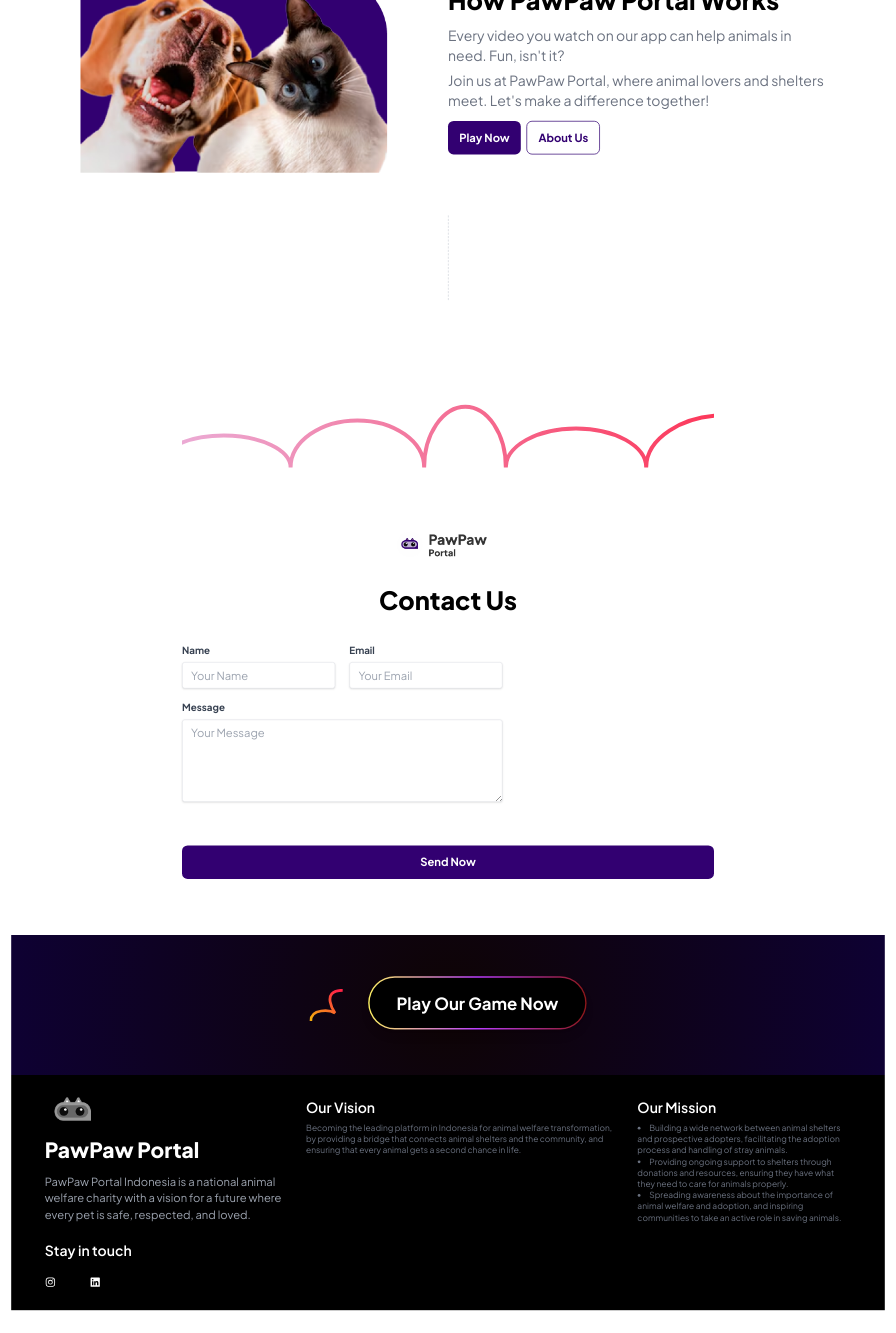
Repository: paskasiregar/pawpawwebsite
Page: /
The author's editor kept a copy of each file at every save. The page is drawn from the files as they stood at one save, then again after the next save.
The browser window is 1280 px wide. The pictures show the part of the page from y = 1314 to 3234 px (the page is 3218 px tall before and 3234 px after), at 70% of full size.
The project was rebuilt for these pictures with package versions that can differ from the ones it lists, and the page was loaded fresh each time. The framework's server and built-in components were replaced by stand-ins that run in the browser. Also part of the build but not shown: next.config.js, next.config.mjs.

Above is the page before, as saved 2024-07-31 14:29:54.

### src/app/layout.js
import { Inter } from "next/font/google";
import "./globals.css";

const inter = Inter({ subsets: ["latin"] });

export const metadata = {
  title: "PawPaw Portal | Your One-Stop Shelter",
  description: "Your One-Stop Shelter",
};

export default function RootLayout({ children }) {
  return (
    <html lang="en">
      <body className={inter.className}>{children}</body>
    </html>
  );
}

### src/app/globals.css
@import url("https://fonts.googleapis.com/css2?family=Plus+Jakarta+Sans:wght@400;600;700;800&display=swap");

@tailwind base;
@tailwind components;
@tailwind utilities;

body {
  font-family: "Plus Jakarta Sans", sans-serif;
}

.hero-bg {
  display: flex;
  background: radial-gradient(
    circle,
    rgb(204, 188, 230) 10%,
    rgb(255, 255, 255) 50%
  );
}

.cta-container {
  display: flex;
  justify-content: center;
  align-items: center;
  position: relative;
  background: radial-gradient(circle, rgb(14, 4, 4) 0%, rgb(14, 1, 51) 100%);
  padding: 20px;
  gap: 20px;
  min-height: 200px;
}

.cta-button {
  display: inline-block;
  padding: 20px 40px;
  font-size: 24px;
  font-weight: bold;
  color: white;
  background: black;
  border-radius: 40px;
  position: relative;
  z-index: 1;
  overflow: hidden;
  transition: all 0.3s ease;
  text-align: center;
}

.cta-button::before {
  content: "";
  position: absolute;
  top: -2px;
  left: -2px;
  right: -2px;
  bottom: -2px;
  background: linear-gradient(
    90deg,
    rgb(255, 244, 97) 0%,
    rgb(187, 61, 255) 50%,
    rgb(142, 23, 23) 100%
  );
  z-index: -1;
  border-radius: inherit;
}

.cta-button::after {
  content: "";
  position: absolute;
  top: 2px;
  left: 2px;
  right: 2px;
  bottom: 2px;
  background: black;
  z-index: -1;
  border-radius: inherit;
}

.cta-button:hover {
  color: rgb(237, 246, 133);
  background: white;
}

.footer-bg {
  background: radial-gradient(circle, rgb(14, 4, 4) 0%, rgb(14, 1, 51) 100%);
  color: white;
  text-align: center;
  padding: 20px;
}

.centeredcontainer {
  width: 100vw;
  height: auto;
}

.main-container {
  width: 100%;
  max-width: 1200px;
  margin: 0 auto;
  padding: 0 20px;
}
.header-content {
  display: flex;
  flex-direction: row;
  align-items: center;
  justify-content: space-between;
}

.header-logo-button {
  display: flex;
  flex-direction: row;
  align-items: center;
  gap: 16px; /* Adjust spacing as needed */
}

html {
  scroll-behavior: smooth;
}

### src/components/contact.jsx
import React from "react";
import PrimaryButton from "@/components/primaryButton";
import NameInput from "./nameInput";
import EmailInput from "./emailInput";
import MessageInput from "./mesageInput";
import Image from "next/image";
import logoHeaderImage from "../assets/banner-10.png";

export const Contact = () => {
  return (
    <div className="font-plus-jakarta flex flex-col items-center justify-center py-16 px-4 md:px-[200px] gap-[40px] text-29xl">
      <div className="flex justify-start items-start">
        <svg
          width="w-auto"
          height="188"
          viewBox="0 0 1620 188"
          fill="none"
          xmlns="http://www.w3.org/2000/svg"
        >
          <path
            d="M1891 188C1891 100.375 1784.67 29.342 1653.5 29.342C1522.34 29.342 1413.53 100.375 1413.53 188C1413.53 122.37 1317.84 69.158 1199.78 69.158C1081.72 69.158 986.029 122.362 986.029 188C986.029 85.8274 930.825 3 862.735 3C794.645 3 737.369 85.8274 737.369 188C737.369 108.853 646.33 44.6865 534.029 44.6865C421.728 44.6865 330.689 108.853 330.689 188C330.689 134.381 239.649 90.9105 127.349 90.9105C15.0481 90.9105 -76 134.381 -76 188"
            stroke="url(#paint0_linear_545_35799)"
            stroke-width="12"
            stroke-miterlimit="10"
            stroke-linejoin="bevel"
          />
          <defs>
            <linearGradient
              id="paint0_linear_545_35799"
              x1="-84.5283"
              y1="91.1699"
              x2="1899.52"
              y2="91.1699"
              gradientUnits="userSpaceOnUse"
            >
              <stop offset="0.0224" stop-color="#EBADD7" />
              <stop offset="1" stop-color="#FF2445" />
            </linearGradient>
          </defs>
        </svg>
      </div>
      <Image
        className="w-36 h-10 object-cover"
        alt="Logo"
        src={logoHeaderImage}
        width={120}
        height={20}
      />
      <div className="flex justify-center text-4xl font-extrabold space-y-4">
        Contact Us
      </div>
      <div className="w-full flex flex-col items-start gap-[16px] text-base text-light-l800 font-regular-reg-2">
        <form action="https://submit-form.com/E0a8H8KS4">
          <div className="w-full flex flex-col md:flex-row gap-[20px]">
            <div className="w-full md:w-1/2">
              <NameInput className="w-full" />
            </div>
            <div className="w-full md:w-1/2">
              <EmailInput className="w-full" />
            </div>
          </div>
          <div className="w-full">
            <MessageInput className="w-full" />
          </div>
        </form>
      </div>
      <PrimaryButton>Send Now</PrimaryButton>
    </div>
  );
};

export default Contact;

### src/components/divider.jsx
export const Divider = () => {
  return (
    <div className="self-stretch h-[195px] flex flex-row items-center justify-center py-16 px-[130px] box-border">
      <div className="w-px relative box-border h-[121px] border-r-[1px] border-dashed border-gray-300" />
    </div>
  );
};

### src/components/footer.jsx
import Link from "next/link";
import React from "react";
import Image from "next/image";
import logoFooterImage from "../assets/inverse.png";

export const Footer = () => {
  return (
    <div className="font-plus-jakarta w-full flex bg-black">
      <div className="font-plus-jakarta w-full flex flex-col items-center bg-black py-8 px-4">
        <div className="max-w-6xl w-full mx-auto space-y-6">
          {/* Footer Header */}
          <div className="flex flex-col md:flex-row items-center md:items-start md:justify-between mb-6">
            <div className="space-y-4">
              <Image
                className="w-20 h-10 object-cover"
                alt="Logo"
                src={logoFooterImage}
                width={80}
                height={80}
              />
              <div className="space-y-4">
                <div className="text-white text-3xl font-extrabold">
                  PawPaw Portal
                </div>
                <p className="text-med text-gray-400">
                  PawPaw Portal Indonesia is a national animal welfare charity
                  with a vision for a future where every pet is safe, respected,
                  and loved.
                </p>
              </div>
            </div>

            {/* Vision and Mission */}
            <div className="flex flex-col md:flex-row mt-4 md:mt-0 space-y-4 md:space-y-0 md:space-x-8">
              <div className="space-y-2">
                <div className="font-semibold text-xl text-white">
                  Our Vision
                </div>
                <div className="text-xs text-gray-500">
                  Becoming the leading platform in Indonesia for animal welfare
                  transformation, by providing a bridge that connects animal
                  shelters and the community, and ensuring that every animal
                  gets a second chance in life.
                </div>
              </div>
              <div className="space-y-2">
                <div className="font-semibold text-xl text-white">
                  Our Mission
                </div>
                <div className="text-xs text-gray-500">
                  <ol className="list-inside list-disc">
                    <li>
                      Building a wide network between animal shelters and
                      prospective adopters, facilitating the adoption process
                      and handling of stray animals.
                    </li>
                    <li>
                      Providing ongoing support to shelters through donations
                      and resources, ensuring they have what they need to care
                      for animals properly.
                    </li>
                    <li>
                      Spreading awareness about the importance of animal welfare
                      and adoption, and inspiring communities to take an active
                      role in saving animals.
                    </li>
                  </ol>
                </div>
              </div>
            </div>
          </div>
          {/* social media */}
          <div className="text-xl font-semibold mb-4 text-white">
            Stay in touch
          </div>
          <div className="flex space-x-4">
            <Link href="https://www.instagram.com/pawpawportal">
              <svg
                xmlns="http://www.w3.org/2000/svg"
                width="1em"
                height="1em"
                viewBox="0 0 24 24"
              >
                <path
                  fill="white"
                  d="M17.34 5.46a1.2 1.2 0 1 0 1.2 1.2a1.2 1.2 0 0 0-1.2-1.2m4.6 2.42a7.59 7.59 0 0 0-.46-2.43a4.94 4.94 0 0 0-1.16-1.77a4.7 4.7 0 0 0-1.77-1.15a7.3 7.3 0 0 0-2.43-.47C15.06 2 14.72 2 12 2s-3.06 0-4.12.06a7.3 7.3 0 0 0-2.43.47a4.78 4.78 0 0 0-1.77 1.15a4.7 4.7 0 0 0-1.15 1.77a7.3 7.3 0 0 0-.47 2.43C2 8.94 2 9.28 2 12s0 3.06.06 4.12a7.3 7.3 0 0 0 .47 2.43a4.7 4.7 0 0 0 1.15 1.77a4.78 4.78 0 0 0 1.77 1.15a7.3 7.3 0 0 0 2.43.47C8.94 22 9.28 22 12 22s3.06 0 4.12-.06a7.3 7.3 0 0 0 2.43-.47a4.7 4.7 0 0 0 1.77-1.15a4.85 4.85 0 0 0 1.16-1.77a7.59 7.59 0 0 0 .46-2.43c0-1.06.06-1.4.06-4.12s0-3.06-.06-4.12M20.14 16a5.61 5.61 0 0 1-.34 1.86a3.06 3.06 0 0 1-.75 1.15a3.19 3.19 0 0 1-1.15.75a5.61 5.61 0 0 1-1.86.34c-1 .05-1.37.06-4 .06s-3 0-4-.06a5.73 5.73 0 0 1-1.94-.3a3.27 3.27 0 0 1-1.1-.75a3 3 0 0 1-.74-1.15a5.54 5.54 0 0 1-.4-1.9c0-1-.06-1.37-.06-4s0-3 .06-4a5.54 5.54 0 0 1 .35-1.9A3 3 0 0 1 5 5a3.14 3.14 0 0 1 1.1-.8A5.73 5.73 0 0 1 8 3.86c1 0 1.37-.06 4-.06s3 0 4 .06a5.61 5.61 0 0 1 1.86.34a3.06 3.06 0 0 1 1.19.8a3.06 3.06 0 0 1 .75 1.1a5.61 5.61 0 0 1 .34 1.9c.05 1 .06 1.37.06 4s-.01 3-.06 4M12 6.87A5.13 5.13 0 1 0 17.14 12A5.12 5.12 0 0 0 12 6.87m0 8.46A3.33 3.33 0 1 1 15.33 12A3.33 3.33 0 0 1 12 15.33"
                />
              </svg>
            </Link>
            <Link href="https://twitter.com/pawpawportal">
              <svg
                xmlns="http://www.w3.org/2000/svg"
                width="1em"
                height="1em"
                viewBox="0 0 24 24"
              >
                <g fill="white">
                  <path d="M1 2h2.5L3.5 2h-2.5z">
                    <animate
                      fill="freeze"
                      attributeName="d"
                      dur="0.4s"
                      values="M1 2h2.5L3.5 2h-2.5z;M1 2h2.5L18.5 22h-2.5z"
                    />
                  </path>
                  <path d="M5.5 2h2.5L7.2 2h-2.5z">
                    <animate
                      fill="freeze"
                      attributeName="d"
                      dur="0.4s"
                      values="M5.5 2h2.5L7.2 2h-2.5z;M5.5 2h2.5L23 22h-2.5z"
                    />
                  </path>
                  <path d="M3 2h5v0h-5z" opacity="0">
                    <set attributeName="opacity" begin="0.4s" to="1" />
                    <animate
                      fill="freeze"
                      attributeName="d"
                      begin="0.4s"
                      dur="0.4s"
                      values="M3 2h5v0h-5z;M3 2h5v2h-5z"
                    />
                  </path>
                  <path d="M16 22h5v0h-5z" opacity="0">
                    <set attributeName="opacity" begin="0.4s" to="1" />
                    <animate
                      fill="freeze"
                      attributeName="d"
                      begin="0.4s"
                      dur="0.4s"
                      values="M16 22h5v0h-5z;M16 22h5v-2h-5z"
                    />
                  </path>
                  <path d="M18.5 2h3.5L22 2h-3.5z" opacity="0">
                    <set attributeName="opacity" begin="0.5s" to="1" />
                    <animate
                      fill="freeze"
                      attributeName="d"
                      begin="0.5s"
                      dur="0.4s"
                      values="M18.5 2h3.5L22 2h-3.5z;M18.5 2h3.5L5 22h-3.5z"
                    />
                  </path>
                </g>
              </svg>
            </Link>
            <Link href="https://www.linkedin.com/company/pawpawportal">
              <svg
                xmlns="http://www.w3.org/2000/svg"
                width="1em"
                height="1em"
                viewBox="0 0 24 24"
              >
                <path
                  fill="white"
                  d="M20.47 2H3.53a1.45 1.45 0 0 0-1.47 1.43v17.14A1.45 1.45 0 0 0 3.53 22h16.94a1.45 1.45 0 0 0 1.47-1.43V3.43A1.45 1.45 0 0 0 20.47 2M8.09 18.74h-3v-9h3ZM6.59 8.48a1.56 1.56 0 1 1 0-3.12a1.57 1.57 0 1 1 0 3.12m12.32 10.26h-3v-4.83c0-1.21-.43-2-1.52-2A1.65 1.65 0 0 0 12.85 13a2 2 0 0 0-.1.73v5h-3v-9h3V11a3 3 0 0 1 2.71-1.5c2 0 3.45 1.29 3.45 4.06Z"
                />
              </svg>
            </Link>
          </div>
        </div>
      </div>
    </div>
  );
};

export default Footer;

### src/components/header.jsx
import Link from "next/link";
import PrimaryButton from "@/components/primaryButton";
import React from "react";
import Image from "next/image";
import logoHeaderImage from "../assets/banner-10.png";

export const Header = () => {
  return (
    <div className="font-plus-jakarta w-full flex flex-col items-center justify-center text-left text-gray-500">
      <div className="self-stretch bg-white flex flex-col items-center justify-center text-sm">
        <div className="w-full header-content p-2.5 box-border">
          <Link href="/">
            <Image
              className="w-36 h-10 object-cover"
              alt="Logo"
              src={logoHeaderImage}
              width={120}
              height={20}
            />
          </Link>
          <div className="hidden md:flex flex-row items-center justify-center gap-8">
            <div>
              <Link href="#how-it-works">How It Works</Link>
            </div>
            <div>
              <Link href="#about-us">About Us</Link>
            </div>
          </div>
          <div className="header-logo-button">
            <PrimaryButton>Be Our Hero Today!</PrimaryButton>
          </div>
        </div>
      </div>
    </div>
  );
};

export default Header;

### src/components/CTA.jsx
import React from "react";
import Link from "next/link";

const CTA = () => {
  return (
    <div className="cta-container font-plus-jakarta p-4 md:p-8 flex flex-col md:flex-row items-center justify-center">
      <svg
        className="cta-decoration mb-4 md:mb-0 md:mr-4"
        width="48"
        height="46"
        viewBox="0 0 48 46"
        fill="none"
        xmlns="http://www.w3.org/2000/svg"
      >
        <path
          d="M2 46C2 27.296 29.551 30.0086 36.5736 34.5625C36.5736 34.5625 14.4611 2 47.5714 2"
          stroke="url(#cta_gradient)"
          strokeWidth="3.92857"
          strokeMiterlimit="10"
          strokeLinejoin="bevel"
        />
        <defs>
          <linearGradient
            id="cta_gradient"
            x1="37.3571"
            y1="2"
            x2="7.5"
            y2="46"
            gradientUnits="userSpaceOnUse"
          >
            <stop stopColor="#FF2445" />
            <stop offset="1" stopColor="#F5AB0E" />
          </linearGradient>
        </defs>
      </svg>
      <Link href="/game">
        <div className="cta-button text-center bg-gradient-to-r from-orange-500 to-pink-500 text-white font-bold py-2 px-4 rounded-lg shadow-lg cursor-pointer">
          Play Our Game Now
        </div>
      </Link>
    </div>
  );
};

export default CTA;

### src/components/primaryButton.jsx
import React from "react";

const PrimaryButton = ({ children, onClick }) => {
  return (
    <button
      className="self-stretch  bg-inherit-320071 hover:bg-blue-700 text-white font-bold px-4 py-3 rounded-lg"
      onClick={onClick}
    >
      {children}
    </button>
  );
};

export default PrimaryButton;

### src/components/secButton.jsx
import React from "react";

const SecButton = ({ children, onClick }) => {
  return (
    <button
      className="bg-white border border-inherit-320071 text-inherit-320071 font-bold py-2 px-4 rounded-lg"
      onClick={onClick}
    >
      {children}
    </button>
  );
};

export default SecButton;

### src/components/nameInput.jsx
import React from "react";

const NameInput = ({ value, onChange }) => {
  return (
    <div className="mb-4">
      <label
        className="block text-gray-700 text-sm font-bold mb-2"
        htmlFor="name"
      >
        Name
      </label>
      <input
        id="name"
        type="text"
        value={value}
        onChange={onChange}
        className="shadow appearance-none border rounded w-full py-2 px-3 text-gray-700 leading-tight focus:outline-none focus:shadow-outline"
        placeholder="Your Name"
      />
    </div>
  );
};

export default NameInput;

### src/components/emailInput.jsx
import React from "react";

const EmailInput = ({ value, onChange }) => {
  return (
    <div className="mb-4">
      <label
        className="block text-gray-700 text-sm font-bold mb-2"
        htmlFor="email"
      >
        Email
      </label>
      <input
        id="email"
        type="email"
        value={value}
        onChange={onChange}
        className="shadow appearance-none border rounded w-full py-2 px-3 text-gray-700 leading-tight focus:outline-none focus:shadow-outline"
        placeholder="Your Email"
      />
    </div>
  );
};

export default EmailInput;

### src/components/mesageInput.jsx
import React from "react";

const MessageInput = ({ value, onChange }) => {
  return (
    <div className="mb-4">
      <label
        className="block text-gray-700 text-sm font-bold mb-2"
        htmlFor="message"
      >
        Message
      </label>
      <textarea
        id="message"
        value={value}
        onChange={onChange}
        className="shadow appearance-none border rounded w-full py-2 px-3 text-gray-700 leading-tight focus:outline-none focus:shadow-outline"
        placeholder="Your Message"
        rows="5"
      />
    </div>
  );
};

export default MessageInput;

Loaded but not shown: src/app/page.js (128 lines, source omitted); tailwind.config.js (24 lines, source omitted); src/components/hero.jsx (211 lines, source omitted)

After the next save:
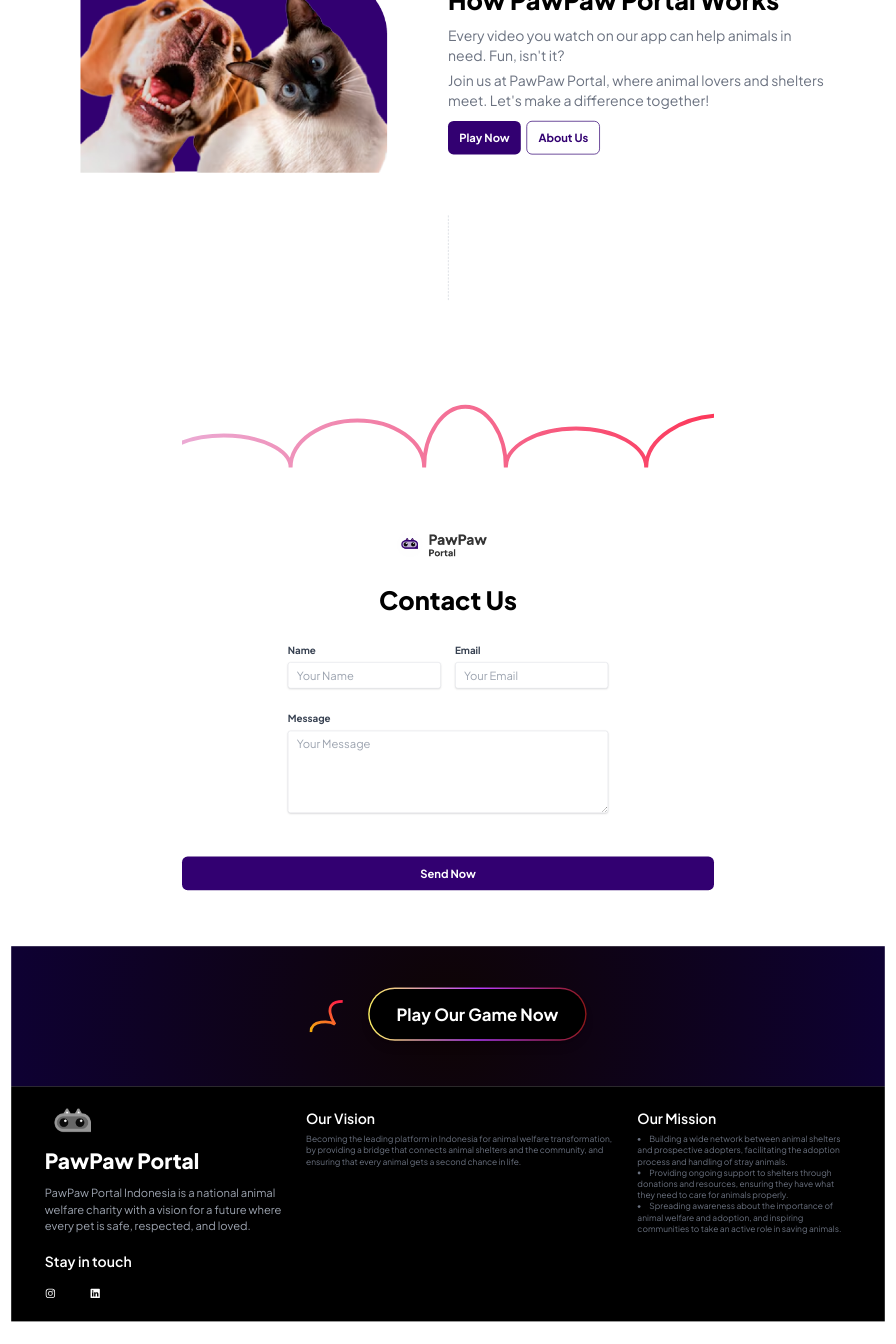
Saved 22 s later.
--- a/src/components/contact.jsx
+++ b/src/components/contact.jsx
@@ -49,8 +49,8 @@ export const Contact = () => {
       <div className="flex justify-center text-4xl font-extrabold space-y-4">
         Contact Us
       </div>
-      <div className="w-full flex flex-col items-start gap-[16px] text-base text-light-l800 font-regular-reg-2">
-        <form action="https://submit-form.com/E0a8H8KS4">
+      <form action="https://submit-form.com/E0a8H8KS4">
+        <div className="w-full flex flex-col items-start gap-[16px] text-base text-light-l800 font-regular-reg-2">
           <div className="w-full flex flex-col md:flex-row gap-[20px]">
             <div className="w-full md:w-1/2">
               <NameInput className="w-full" />
@@ -62,8 +62,8 @@ export const Contact = () => {
           <div className="w-full">
             <MessageInput className="w-full" />
           </div>
-        </form>
-      </div>
+        </div>
+      </form>
       <PrimaryButton>Send Now</PrimaryButton>
     </div>
   );
